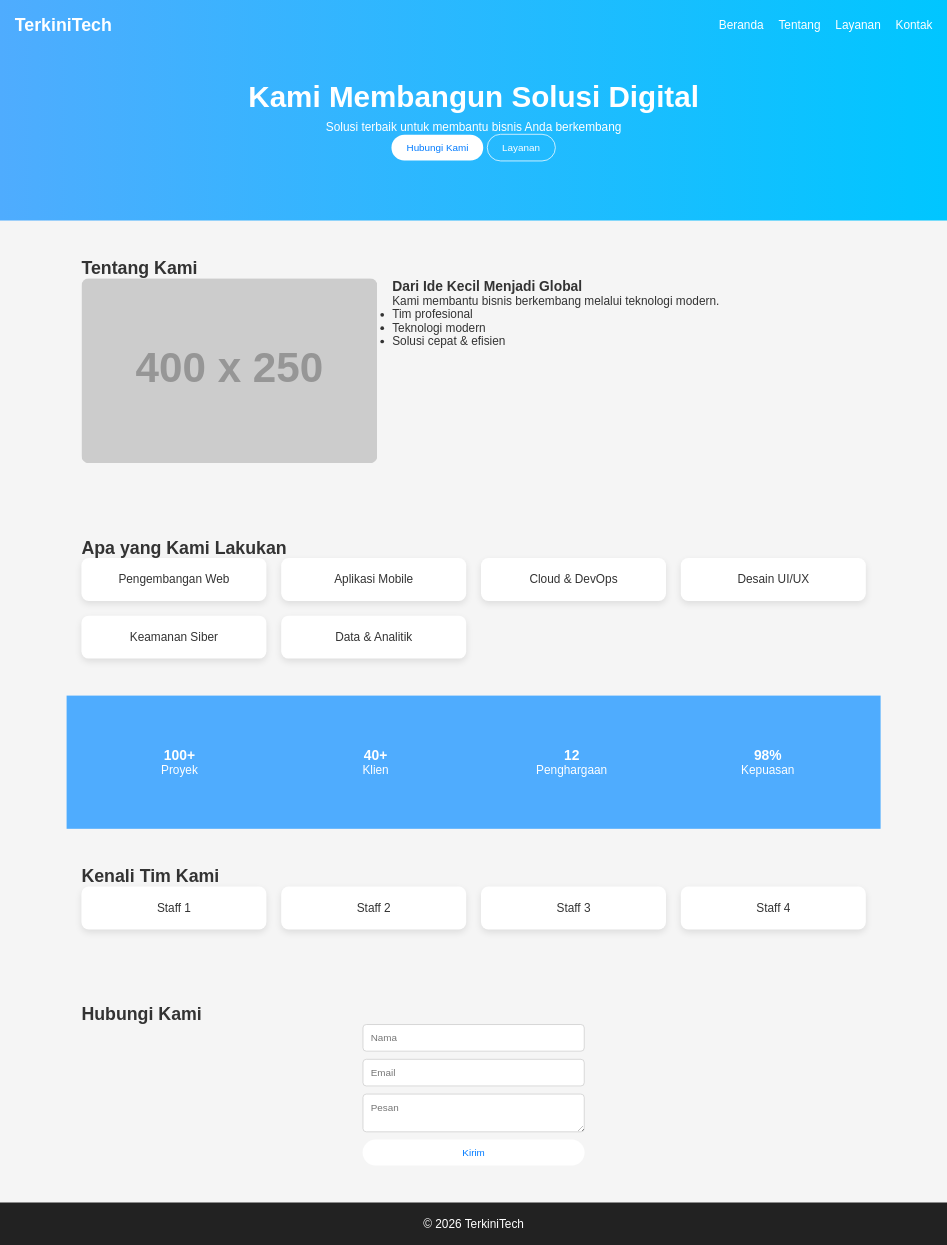
Repository: rufi1126/241552010002-Web-Application-Development
Page: uts/index.html
These files come from the project's save history. The page is drawn as it stood at one moment and after a run of saves; the edit follows.
The browser window is 1280 px wide. The pictures show the whole page, at 74% of full size.

Above is the page before, as saved 2026-05-08 01:43:24.

After the next 3 saves:
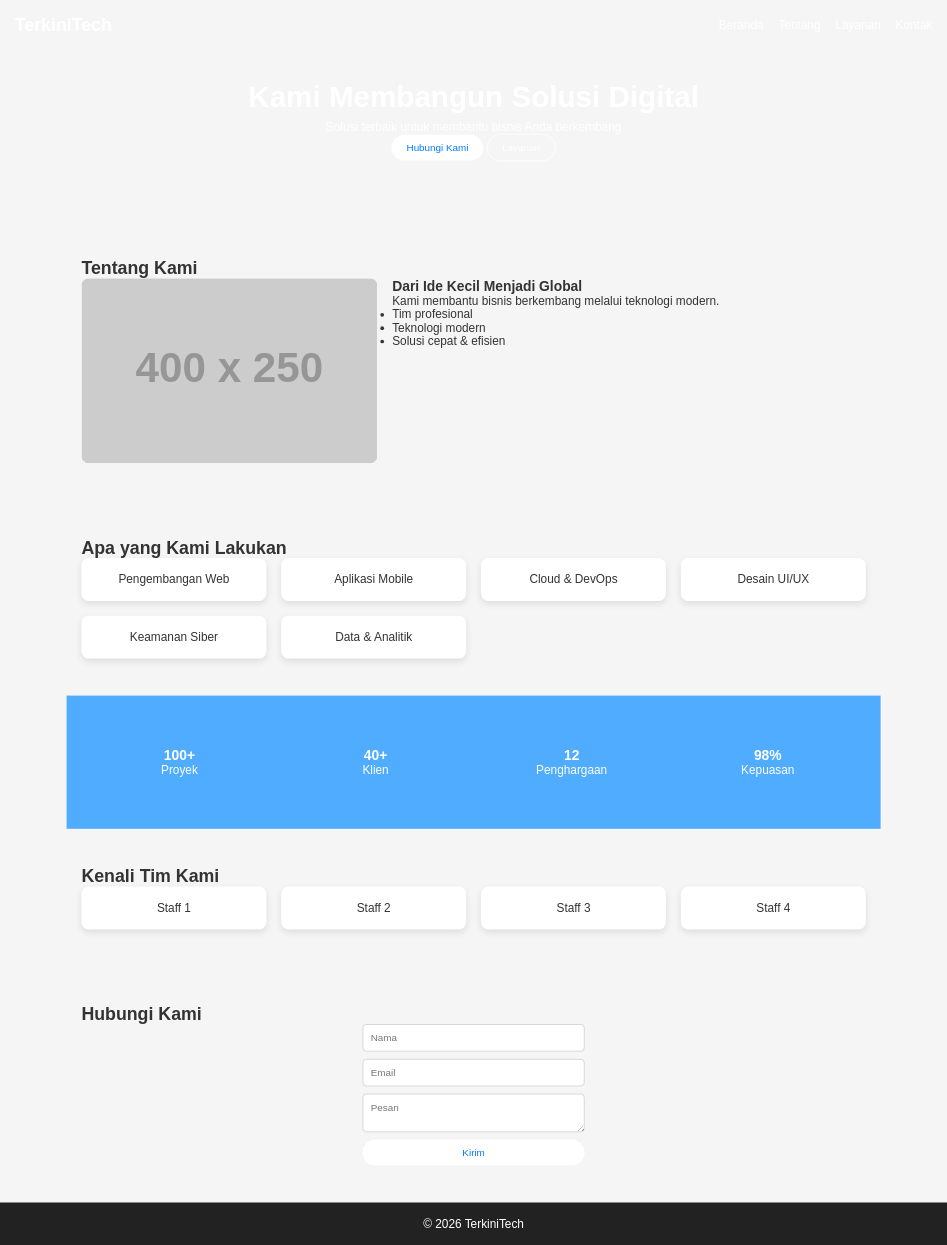
The 3 saves are shown as one change because they came seconds apart.
The last was saved 12 s later.
--- a/uts/style.css
+++ b/uts/style.css
@@ -14,7 +14,8 @@
 
 .hero
 {
-    background:linear-gradient(to right,#4facfe,#00c6ff);color:white;padding:20px}
+    background:linear-gradient
+    (to right,#4facfe,#00c6ff);color:white;padding:20px}
 .navbar{display:flex;justify-content:space-between;align-items:center}
 .navbar ul{display:flex;gap:20px;list-style:none}
 
